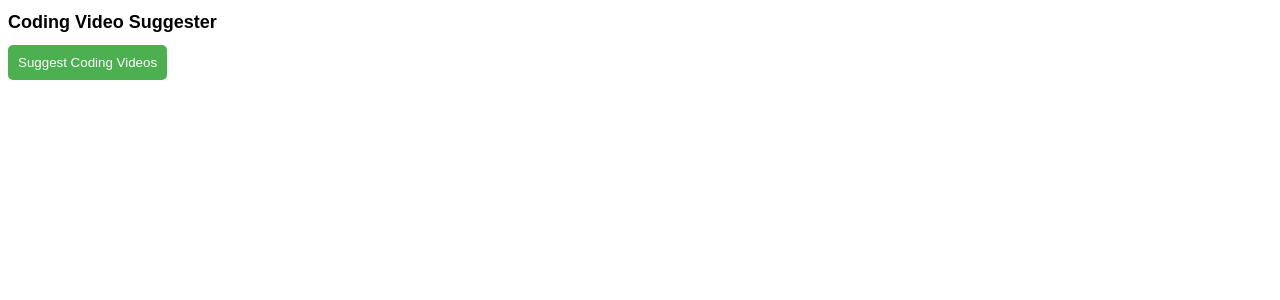
Repository: vijayholve/c-programs
Page: coding-video-suggester/popup.html
An editor plug-in stored every save of this project. The page is shown before and after the next save, followed by the edit.
The browser window is 1280 px wide. The pictures show the whole page.

Above is the page before, as saved 2024-06-05 09:44:12.

### coding-video-suggester/popup.html
<!DOCTYPE html>
<html>
<head>
  <title>Coding Video Suggester</title>
  <link rel="stylesheet" href="styles.css">
</head>
<body>
  <h1>Coding Video Suggester</h1>
  <button id="suggest">Suggest Coding Videos</button>
  <script src="popup.js"></script>
</body>
</html>

### coding-video-suggester/styles.css
body {
  font-family: Arial, sans-serif;
}

h1 {
  font-size: 18px;
}

button {
  padding: 10px;
  background-color: #4CAF50;
  color: white;
  border: none;
  border-radius: 5px;
  cursor: pointer;
}

button:hover {
  background-color: #45a049;
}

### coding-video-suggester/popup.js
document.getElementById('suggest').addEventListener('click', () => {
  chrome.tabs.query({active: true, currentWindow: true}, (tabs) => {
    chrome.scripting.executeScript({
      target: {tabId: tabs[0].id},
      function: suggestCodingVideos
    });
  });
});

// Function to suggest coding-related videos (same as in content.js)
function suggestCodingVideos() {
  const videoTitles = document.querySelectorAll('h3.title');
  videoTitles.forEach(titleElement => {
    const title = titleElement.textContent;
    if (isCodingRelated(title)) {
      titleElement.style.border = "2px solid red";
    }
  });
}

function isCodingRelated(title) {
  const keywords = ["tutorial", "programming", "coding", "javascript", "python", "java", "html", "css"];
  return keywords.some(keyword => title.toLowerCase().includes(keyword));
}

After the next save:
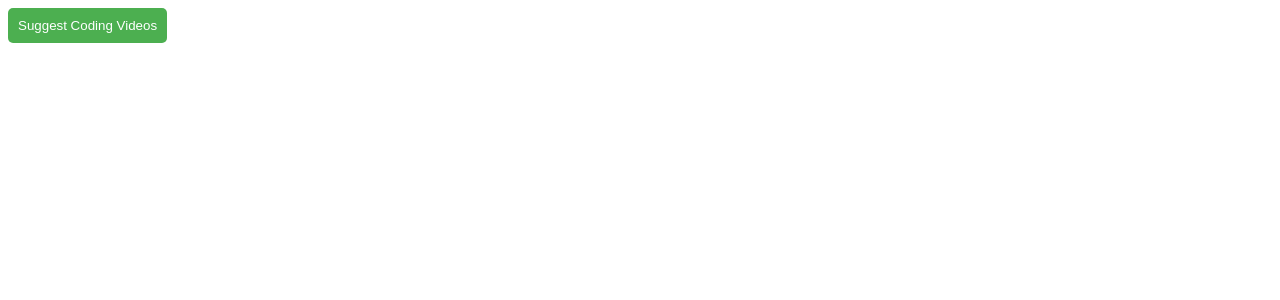
Console error: TypeError: Cannot read properties of null (reading 'addEventListener')
Saved 7 s later.
--- a/coding-video-suggester/popup.html
+++ b/coding-video-suggester/popup.html
@@ -1,12 +1,10 @@
 <!DOCTYPE html>
 <html>
-<head>
-  <title>Coding Video Suggester</title>
-  <link rel="stylesheet" href="styles.css">
-</head>
-<body>
-  <h1>Coding Video Suggester</h1>
-  <button id="suggest">Suggest Coding Videos</button>
-  <script src="popup.js"></script>
-</body>
-</html>
+  <head>
+    <title>Coding Video Suggester</title>
+    <link rel="stylesheet" type="text/css" href="styles.css">
+  </head>
+  <body>
+    <button id="suggestButton">Suggest Coding Videos</button>
+    <script src="popup.js"></script>
+  </body>
